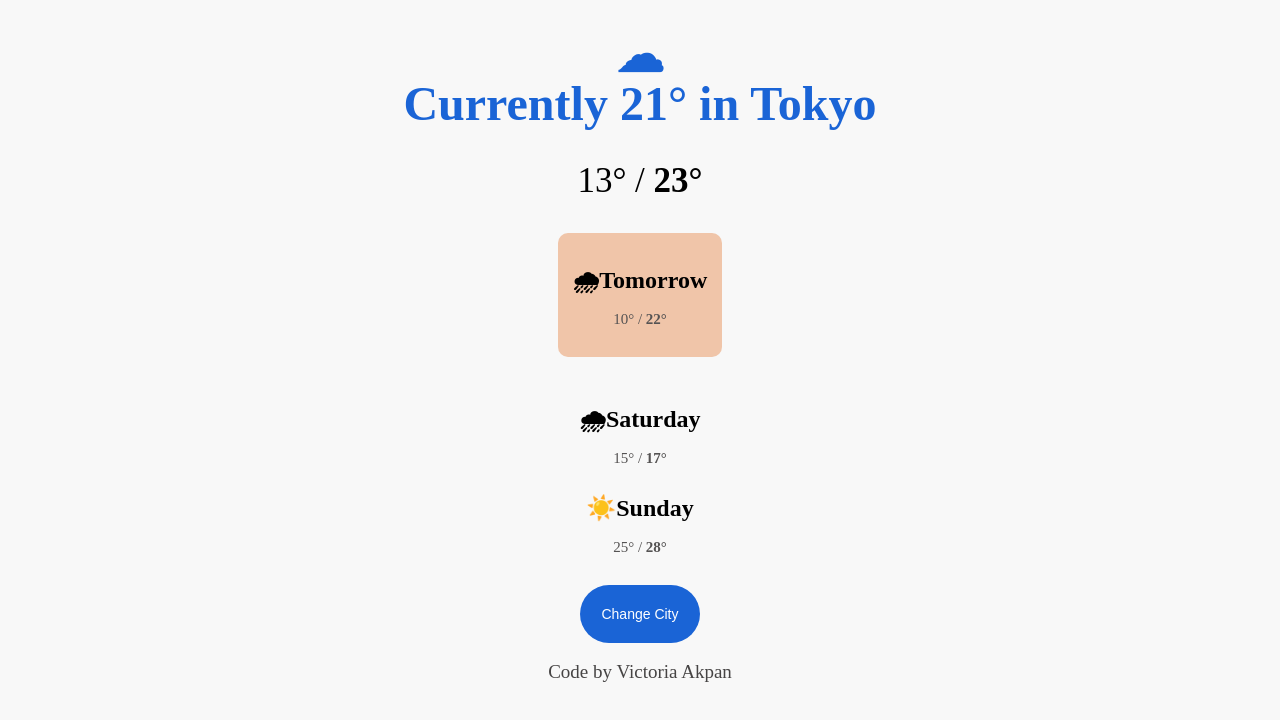
Repository: VickyJacob23/SheCode
Page: firstCode/weatherAppHomeWork.html
An editor plug-in stored every save of this project. The page is shown before and after the next save, followed by the edit.
The browser window is 1280 px wide. The pictures show the whole page.
The pointer rests on the first visible `section`.

Above is the page before, as saved 2024-08-27 13:42:56.

After the next save:
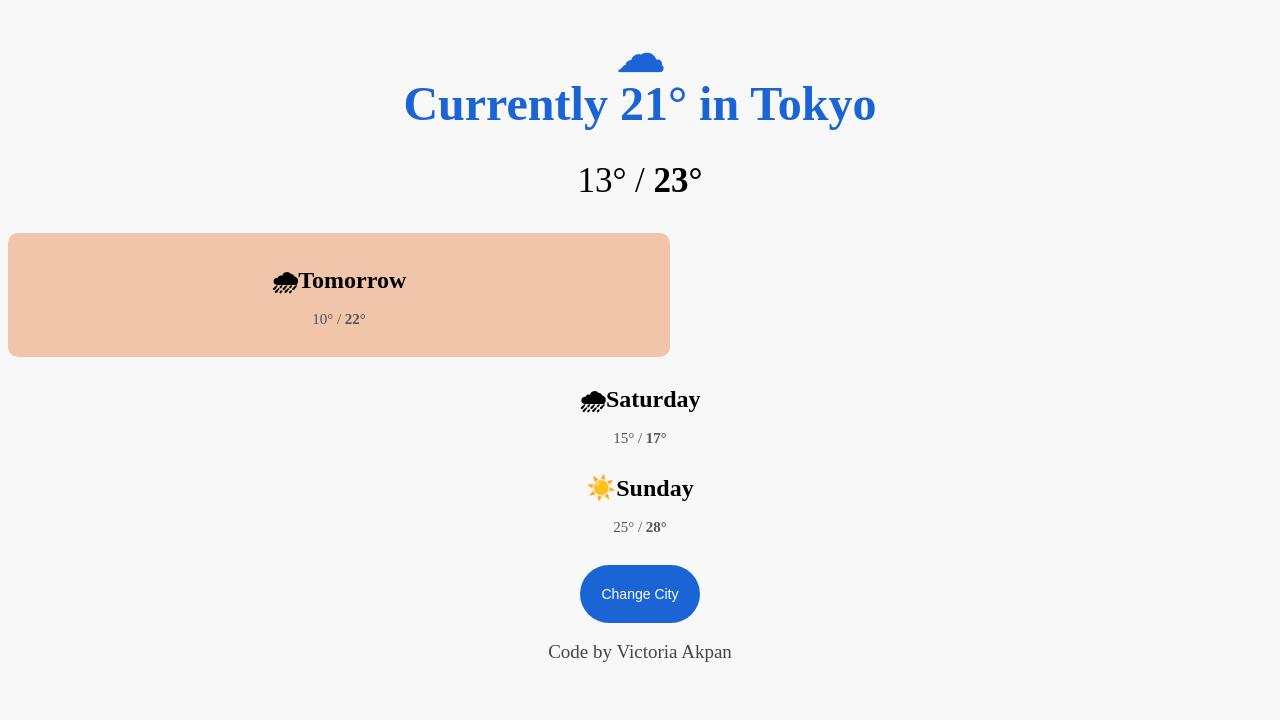
Saved 27 s later.
--- a/firstCode/weatherAppHomeWork.html
+++ b/firstCode/weatherAppHomeWork.html
@@ -52,7 +52,7 @@
         background-color:rgb(240, 197, 169);
         cursor: pointer;
         padding: 15px;
-        display: inline-block;
+        width: 50%;
         border-radius: 10px;
         transition: all 0.3s ease-in-out;
       }
